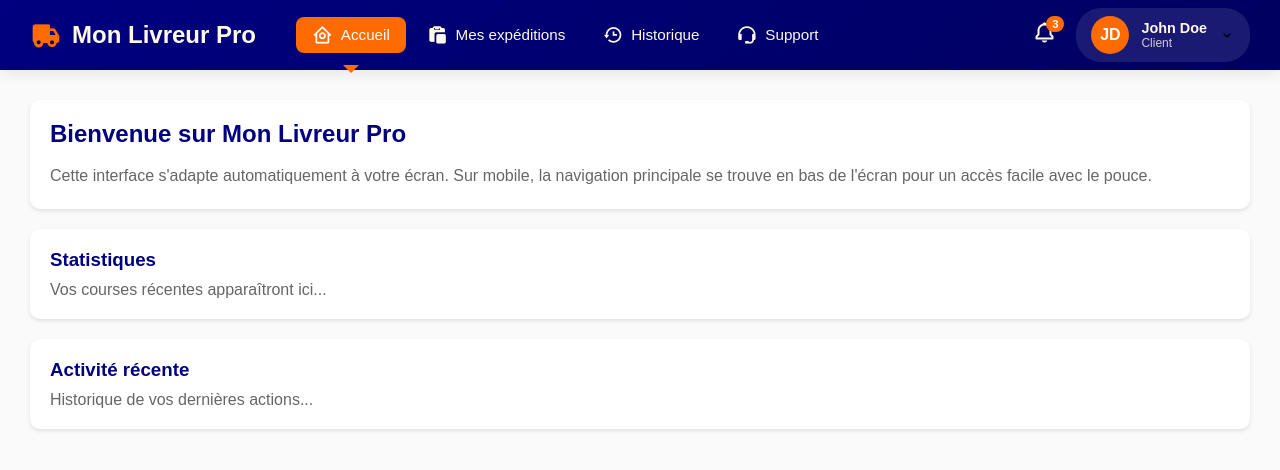
Repository: kaboreibrahim/LivreurPro
Page: templates/layouts/base.html
These files come from the project's save history. The page is drawn as it stood at one moment and after the next save; the edit follows.
The browser window is 1280 px wide. The pictures show the whole page.
The template is drawn by Django 5.2. The application's start-up code is not run. The template is opened directly, without the code that normally fills it, so the values that code supplies are empty.

Above is the page before, as saved 2025-11-27 23:40:41.

After the next save:
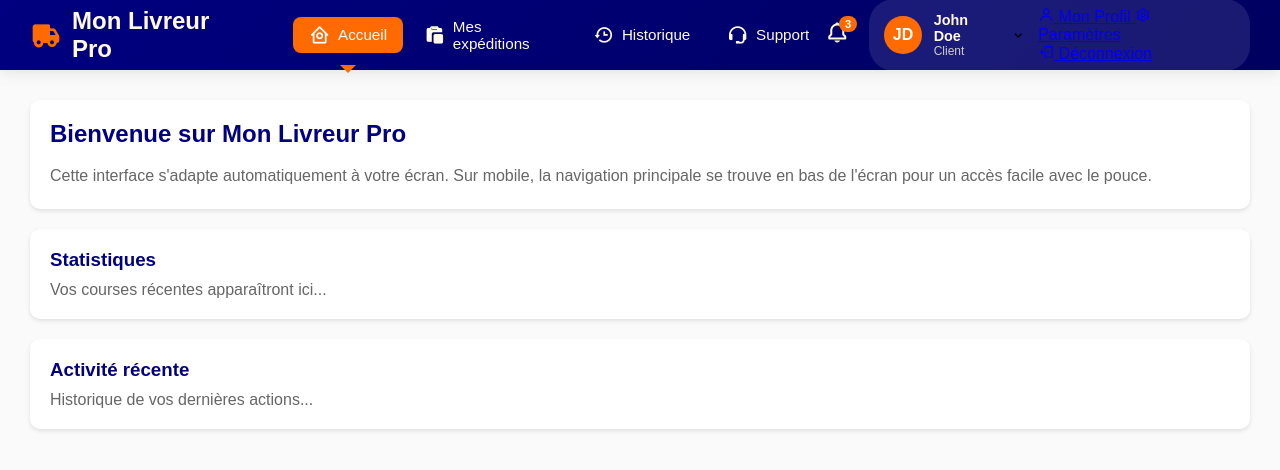
Saved 3 min 27 s later.
--- a/templates/layouts/base.html
+++ b/templates/layouts/base.html
@@ -431,13 +431,28 @@
                 <i class='bx bx-bell'></i>
                 <span class="badge-count">3</span>
             </div>
-            <div class="header-user">
+            <div class="header-user" id="userDropdown">
                 <div class="header-avatar">JD</div>
                 <div class="header-user-info">
                     <span class="header-user-name">John Doe</span>
                     <span class="header-user-role">Client</span>
                 </div>
                 <i class='bx bx-chevron-down'></i>
+                <div class="dropdown-menu" id="userDropdownMenu">
+                    <a href="#" class="dropdown-item">
+                        <i class='bx bx-user'></i>
+                        <span>Mon Profil</span>
+                    </a>
+                    <a href="#" class="dropdown-item">
+                        <i class='bx bx-cog'></i>
+                        <span>Paramètres</span>
+                    </a>
+                    <div class="dropdown-divider"></div>
+                    <a href="{% url 'deconnexion' %}" class="dropdown-item">
+                        <i class='bx bx-log-out'></i>
+                        <span>Déconnexion</span>
+                    </a>
+                </div>
             </div>
         </div>
     </div>

After the 2 saves that followed:
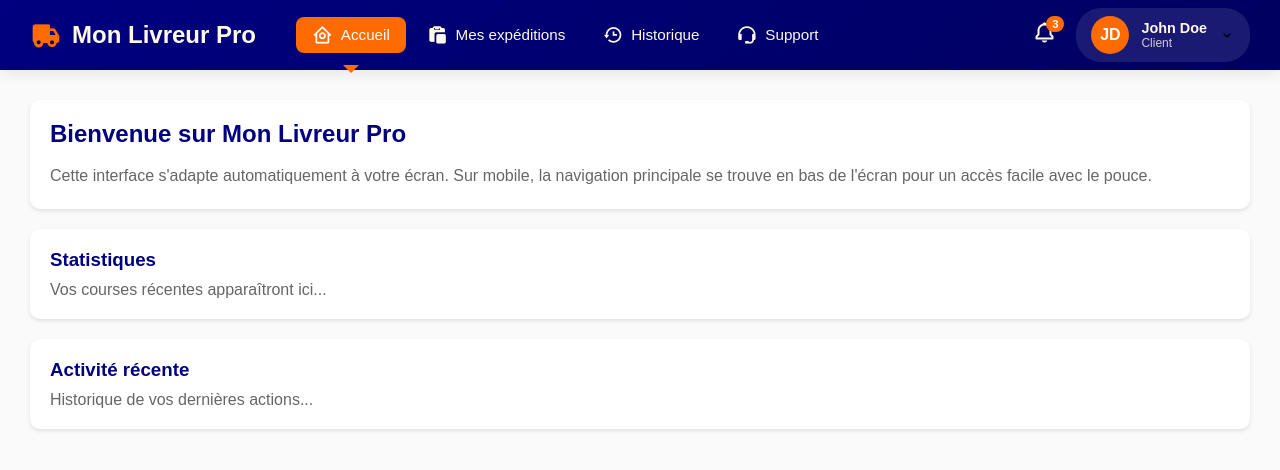
The 2 saves are shown as one change because they came seconds apart.
The last was saved 30 s later.
--- a/templates/layouts/base.html
+++ b/templates/layouts/base.html
@@ -431,28 +431,13 @@
                 <i class='bx bx-bell'></i>
                 <span class="badge-count">3</span>
             </div>
-            <div class="header-user" id="userDropdown">
+            <div class="header-user">
                 <div class="header-avatar">JD</div>
                 <div class="header-user-info">
                     <span class="header-user-name">John Doe</span>
                     <span class="header-user-role">Client</span>
                 </div>
                 <i class='bx bx-chevron-down'></i>
-                <div class="dropdown-menu" id="userDropdownMenu">
-                    <a href="#" class="dropdown-item">
-                        <i class='bx bx-user'></i>
-                        <span>Mon Profil</span>
-                    </a>
-                    <a href="#" class="dropdown-item">
-                        <i class='bx bx-cog'></i>
-                        <span>Paramètres</span>
-                    </a>
-                    <div class="dropdown-divider"></div>
-                    <a href="{% url 'deconnexion' %}" class="dropdown-item">
-                        <i class='bx bx-log-out'></i>
-                        <span>Déconnexion</span>
-                    </a>
-                </div>
             </div>
         </div>
     </div>
